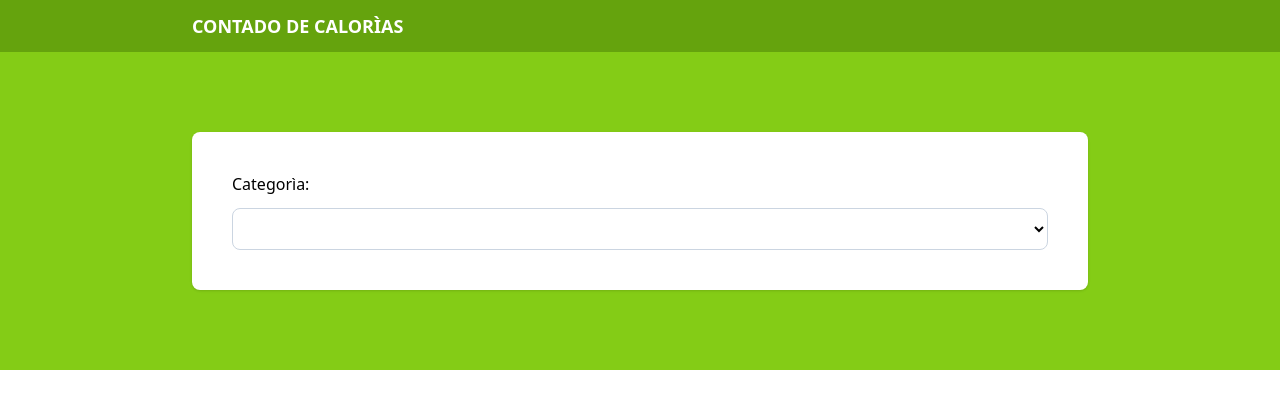
Repository: Matiiu/calorie-tracker
Page: /
An editor plug-in stored every save of this project. The page is shown before and after the next save, followed by the edit.
The browser window is 1280 px wide. The pictures show the whole page.
The project was rebuilt for these pictures with package versions that can differ from the ones it lists, and the page was loaded fresh each time. Also part of the build but not shown: vite.config.ts.

Above is the page before, as saved 2024-03-30 22:36:24.

After the next save:
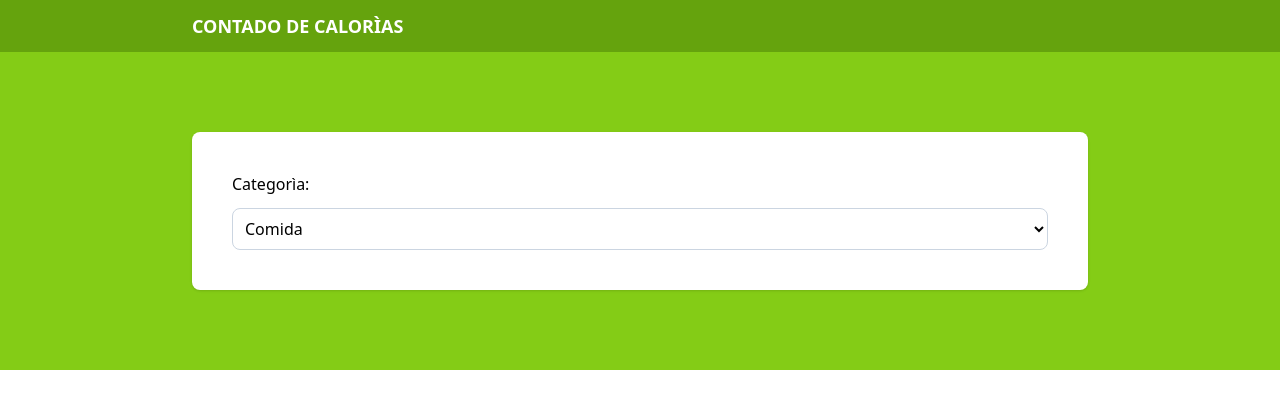
Saved 110 s later.
--- a/src/components/Form.tsx
+++ b/src/components/Form.tsx
@@ -1,16 +1,23 @@
+const categories = [
+  { id: 1, name: "Comida" },
+  { id: 2, name: "Ejercicio" },
+];
+
 export default function Form() {
   return (
     <form className="space-y-5 bg-white shadow p-10 rounded-lg">
-        <div className="grid grid-cols-1 gap-3">
-            <label htmlFor="category">Categorìa:</label>
-            <select
-                name="category"
-                id="category"
-                className="border border-slate-300 p-2 rounded-lg w-full bg-white"
-            >
-                <option value=""></option>
-            </select>
-        </div>
+      <div className="grid grid-cols-1 gap-3">
+        <label htmlFor="category">Categorìa:</label>
+        <select
+          name="category"
+          id="category"
+          className="border border-slate-300 p-2 rounded-lg w-full bg-white"
+        >
+            {categories.map(category => (
+                <option key={category.id} value={category.id}>{category.name}</option>
+            ))}
+        </select>
+      </div>
     </form>
   );
 }
